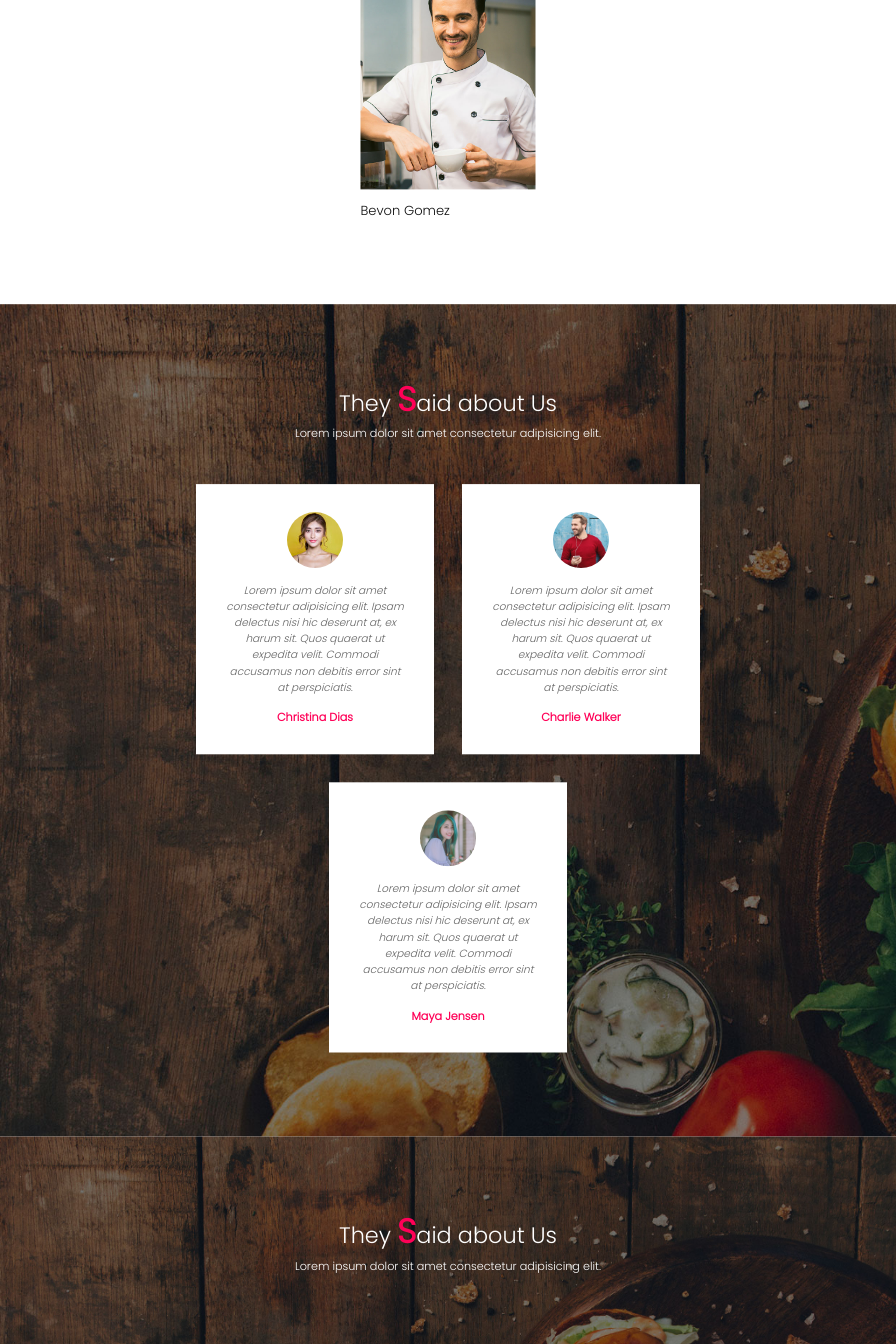
Repository: Adriandias1997/MobileFriendly_FoodWebsite
Page: index.html
An editor plug-in stored every save of this project. The page is shown before and after the next save, followed by the edit.
The browser window is 1280 px wide. The pictures show the part of the page from y = 3592 to 5512 px (the page is 5512 px tall), at 70% of full size.

Above is the page before, as saved 2020-10-16 17:49:28.

After the next save:
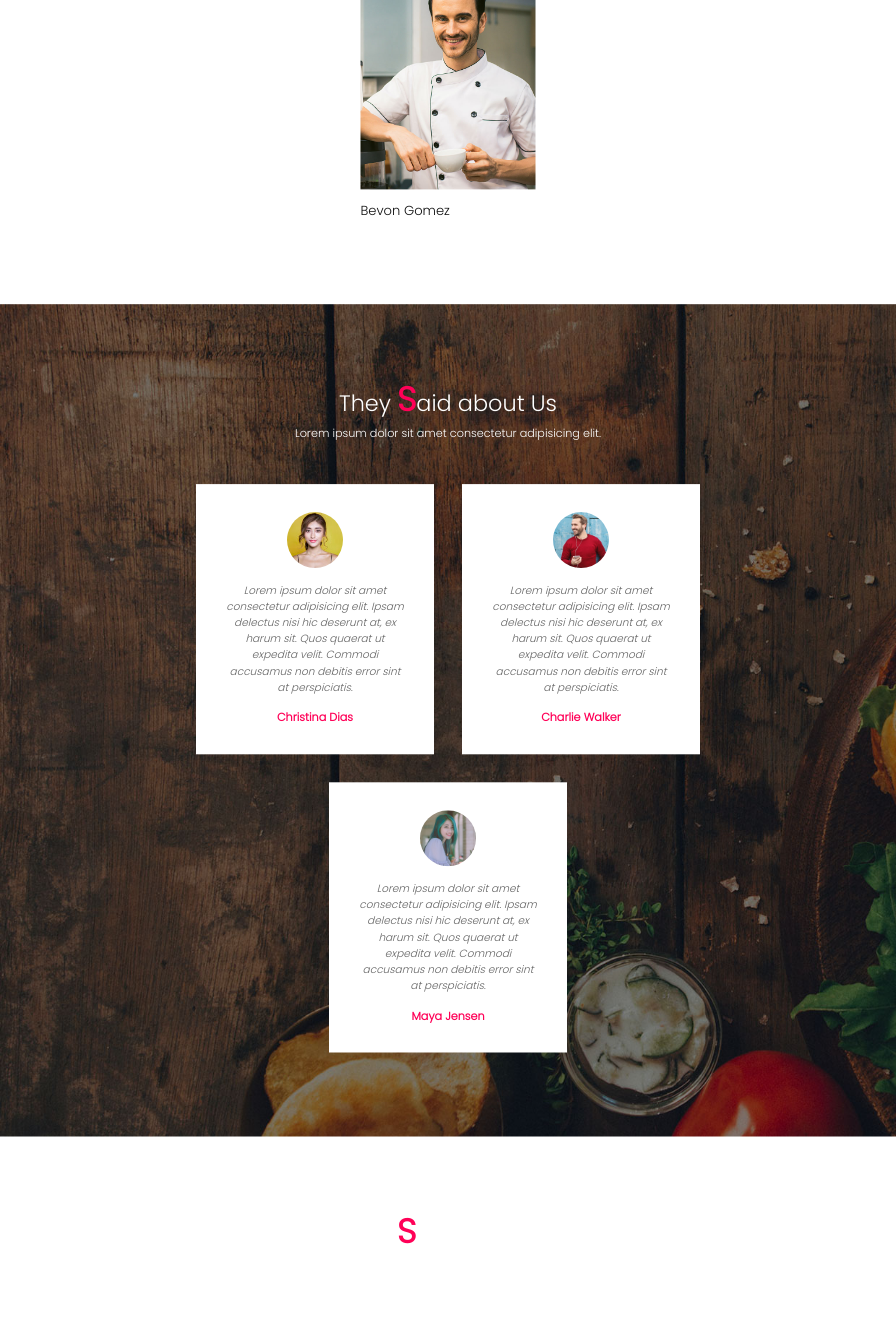
Saved 3 min 31 s later.
--- a/index.html
+++ b/index.html
@@ -194,7 +194,7 @@
         </div>
     </section>
 
-    <section class="testimonials" id="testimonials">
+    <section class="contact" id="contact">
         <div class="title white">
             <h2 class="titleText">They <span>S</span>aid about Us</h2>
             <p>Lorem ipsum dolor sit amet consectetur adipisicing elit.
